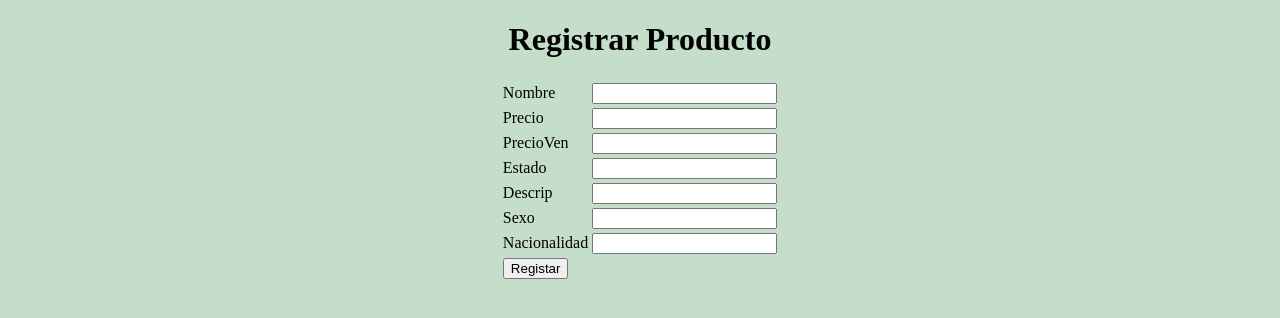
Repository: DaviOsx/LPII_CL2_CHERO_DAVIS
Page: http://localhost/LPII_CL2_CHERO_DAVIS/RegistrarCliente.jsp
An editor plug-in stored every save of this project. The page is shown before and after the next save, followed by the edit.
The browser window is 1280 px wide. The pictures show the whole page.
The page is served by Tomcat 9.

Above is the page before, as saved 2024-06-21 04:00:34.

After the next save:
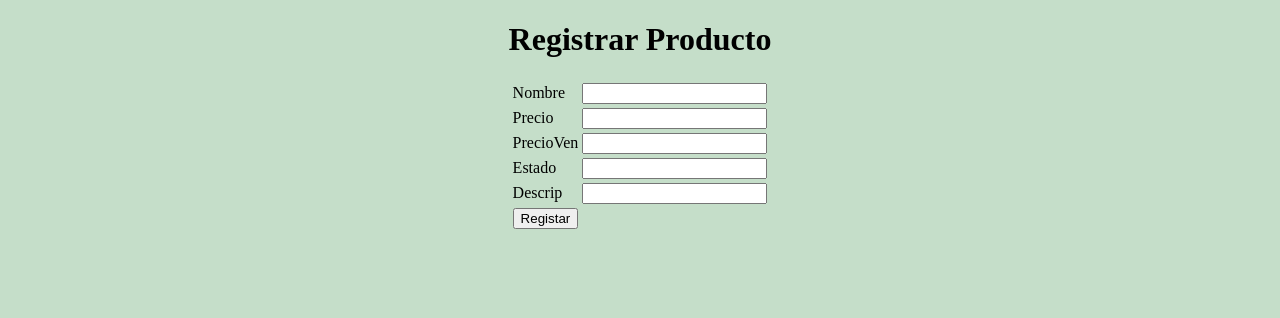
Saved 6 s later.
--- a/LPII_CL2_CHERO_DAVIS/src/main/webapp/RegistrarCliente.jsp
+++ b/LPII_CL2_CHERO_DAVIS/src/main/webapp/RegistrarCliente.jsp
@@ -42,16 +42,6 @@ Registrar Producto
 <td> <input  type="text" name="telfono"> </td>
 </tr>
 
-<tr>
-<td> Sexo</td>
-<td> <input  type="text" name="sexo"> </td>
-</tr>
-
-<tr>
-<td> Nacionalidad</td>
-<td> <input  type="text" name="nacionalidad"> </td>
-</tr>
-
 <%-- AGREGAR BOTON DE REGISTAR --%>
 <tr>
 <td colspan="2">
